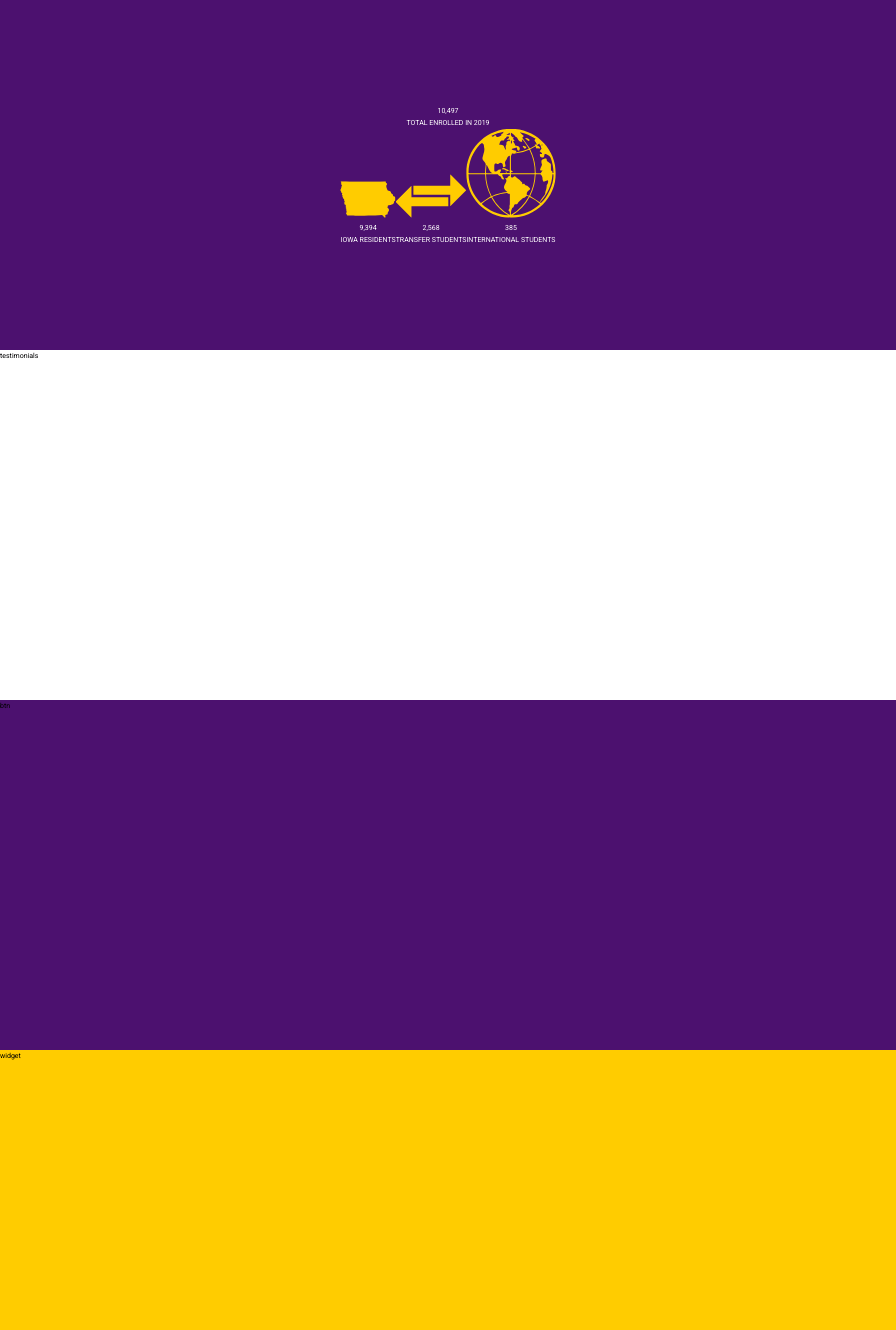
Repository: trietngo/nisg
Page: index.html
An editor plug-in stored every save of this project. The page is shown before and after the next save, followed by the edit.
The browser window is 1280 px wide. The pictures show the part of the page from y = 720 to 2620 px (the page is 3020 px tall), at 70% of full size.
Some web fonts or font styles are not loaded; a fallback is used. The style sheet was rebuilt from its Sass, Less or Tailwind sources for each picture, by a compiler version that may differ from the author's.

Above is the page before, as saved 2020-08-26 11:37:05.

### index.html
<!DOCTYPE html>
<html lang="en">
    <head>
        <meta charset="UTF-8">
        <meta name="viewport" content="width=device-width, initial-scale=1.0">

        <link href="https://fonts.googleapis.com/css2?family=Roboto:wght@100;300;400;500;700;900&display=swap" rel="stylesheet">
        <link href="https://fonts.googleapis.com/css2?family=Sedgwick+Ave&display=swap" rel="stylesheet">
        <link href="https://fonts.googleapis.com/css2?family=Sriracha&display=swap" rel="stylesheet">

        <link rel="stylesheet" href="css/style.css">

        <title>Proposed NISG Website</title>
    </head>

    <body>

        <header class="header">
            <div class="header__upper">
                <div class="header__container--left">
                    <img class="header__logo" src="img/New NISG Logo - White-01.png" alt="NISG Logo">
                    <div class="header__title">Northern Iowa Student Government</div>
                </div>

                <div class="header__container--right">
                    <a href="https://uni.edu" class="header__external">VISIT UNI WEBSITE</a>

                    <input type="text" name="" class="header__searchbar" id="" placeholder="Search NISG">
                    <ul class="header__nav">
                        <li><a class="header__link" href="#">News</a></li>
                        <li><a class="header__link" href="#">Resources</a></li>
                        <li><a class="header__link" href="#">Services</a></li>
                        <li><a class="header__link" href="#">Applications</a></li>
                        <li><a class="header__link" href="#">Student Organizations</a></li>
                        <li><a class="header__link" href="#">About</a></li>
                        <li><a class="header__link btn header__contact" href="#">Contact Us</a></li>
                    </ul>
                </div>
            </div>

            <div class="header__lower">

                <video class="header__video" autoplay muted loop>
                    <source src="img/Website.mp4" type="video/mp4">
                </video>

                <div class="header__overlay">
                    <p class="header__overlay--title">BY UNI STUDENTS.<br>FOR UNI STUDENTS.</p>
                    <p class="header__overlay--subtitle">Serving UNI students is NISG's top priority.</p>
                    <a href="#" class="header__overlay--about btn">About NISG</a>
                </div>

            </div>

        </header>

        <main>

            <section id="enroll">
                <div class="enrollment">
                    <div class="enrollment__total">
                        <div class="enrollment__total--title">
                            10,497
                        </div>

                        <div class="enrollment__total--subtitle">TOTAL ENROLLED IN 2019</div>

                    </div>

                    <div class="enrollment__breakdown">
                        <div class="enrollment__category">
                            <img class="enrollment__category--icon" src="img/iowa-icon.svg" alt="Iowa icon">
                            <p class="enrollment__category--title">9,394</p>
                            <p class="enrollment__category--subtitle">IOWA RESIDENTS</p>
                        </div>
                        <div class="enrollment__category">
                            <img class="enrollment__category--icon" src="img/transfer-icon.svg" alt="Transfer icon">
                            <p class="enrollment__category--title">2,568</p>
                            <p class="enrollment__category--subtitle">TRANSFER STUDENTS</p>
                        </div>
                        <div class="enrollment__category">
                            <img class="enrollment__category--icon" src="img/globe-icon.svg" alt="Globe icon">
                            <p class="enrollment__category--title">385</p>
                            <p class="enrollment__category--subtitle">INTERNATIONAL STUDENTS</p>
                        </div>
                    </div>
                </div>
            </section>

            <section id="quotes">
                <div class="testimonials">
                    testimonials
                </div>
            </section>

            <section id="services">
                <div class="selection">
                    btn
                </div>
            </section>

            <section id="news">
                <div class="widget">
                    widget
                </div>
            </section>

        </main>

        <footer class="footer">
            footer
        </footer>

    </body>
</html>

### sass/main.scss
@import "abstract/variables";

@import "base/base";
@import "base/typography";

@import "components/button";

@import "layout/enrollment";
@import "layout/footer";
@import "layout/header";
@import "layout/news";
@import "layout/services";
@import "layout/testimonials";

### sass/abstract/_variables.scss
// COLORS

$color-primary: #4c116f;
$color-secondary: #ffcc00;
$color-tertiary: #ffffff;

### sass/base/_typography.scss
body {
    font-family: 'Roboto', sans-serif;
    font-weight: 400;
    line-height: 1.7;
}

.header__searchbar {
    font-family: 'Roboto', sans-serif;
    font-weight: 400;
    font-size: 1.5rem;
}

.header__overlay {

    &--title {
        font-family: 'Roboto', sans-serif;
        font-weight: 700;
        font-size: 6rem;
        line-height: 1.2;
    }

    &--subtitle {
        font-size: 1.75rem;
    }

    &--about {
        font-size: 2.5rem;
        font-weight: 700;
    }
}

### sass/components/_button.scss
.btn {
    color: $color-secondary !important;
    border: .2rem solid $color-secondary;
    border-radius: 1.5rem;
    padding: 1rem 2rem !important;
    transition: all .3s;
    text-decoration: none;

    &:hover {
        color: $color-primary !important;
        border-color: none;
        background-color: $color-secondary;
        transition: all .3s;
    }
}

### sass/layout/_enrollment.scss
.enrollment {
    background-color: $color-primary;
    height: 50rem;
    display: flex;
    flex-direction: column;
    align-items: center;
    justify-content: center;
    color: $color-tertiary;
    z-index: 5;

    &__total {
        text-align: center;
    }

    &__breakdown {
        display: flex;
        flex-wrap: wrap;
        align-items: flex-end;
    }

    &__category {

        &--icon {

        }

        &--title {
            text-align: center;
        }

        &--subtitle {
            text-align: center;
        }
    }
}

### sass/layout/_footer.scss
.footer {
    height: 30rem;
    background-color: $color-tertiary;
}

### sass/layout/_header.scss
.header {

    display: flex;
    flex-direction: column;
    height: 100vh;

    &__container--left {
        flex: 1;
        padding: 3rem 7rem;
    }

    &__container--right {
        flex: 3;
        display: flex;
        flex-direction: column;
        align-items: flex-end;
        justify-content: space-between;
        padding-bottom: 3rem;
    }

    &__upper {
        background-color: $color-primary;
        flex: 0 1 22.5rem;
        display: flex;
        flex-wrap: wrap;
    }

    &__logo {
        height: 15rem;
    }

    &__title {
        font-size: 2rem;
        font-weight: 700;
        color: $color-tertiary;
        white-space: nowrap;
    }

    &__lower {
        background-color: $color-primary;
        flex: 1 0 35rem;
        position: relative;
    }

    &__link {
        text-decoration: none;
        font-size: 2rem;
        font-weight: 700;
        color: $color-tertiary;
        padding: 0 3.5rem;
        transition: all .3s;
        white-space: nowrap;

        &:hover {
            color: $color-secondary;
            transition: all .3s;
        }
    }

    &__nav {
        list-style-type: none;
        display: flex;
        padding-right: 6rem;
        align-content: center;
        flex-wrap: wrap;
    }


    &__external {
        display: inline;
        background-color: $color-secondary;
        padding: 2rem 5rem;
        clip-path: polygon(0 0, 100% 0, 100% 100%, 15% 100%);
        text-decoration: none;
        font-size: 2rem;
        font-weight: 700;
    }

    &__video {
        width: 100%;
        height: 100%;
        object-fit: cover;
        opacity: 0.5;
        overflow: hidden;
        position: absolute;
    }

    &__searchbar {
        border: none;
        padding: 1rem;
        padding-right: 2rem;
        padding-left: 6rem;
        text-align: right;
        border-radius: 2rem;
        margin-right: 6rem;

        &:focus {
            outline: none;
        }
    }

    &__contact {
        margin-left: 2.5rem;
    }

    //OVERLAY

    &__overlay {
        height: 100%;
        width: 100%;
        position: absolute;
        display: flex;
        flex-direction: column;
        align-items: center;
        justify-content: center;
        color: $color-secondary;

        &--title {
            margin: 2rem;
            text-align: center;
        }

        &--about {
            display: inline-block;
            margin: 4rem;
        }
    }
}

### sass/layout/_news.scss
.widget {
    height: 50rem;
    background-color: $color-secondary;
}

### sass/layout/_services.scss
.selection {
    height: 50rem;
    background-color: $color-primary;
}

### sass/layout/_testimonials.scss
.testimonials {
    height: 50rem;
    background-color: $color-tertiary;
}

Loaded but not shown: sass/base/_base.scss (common file)

After the next save:
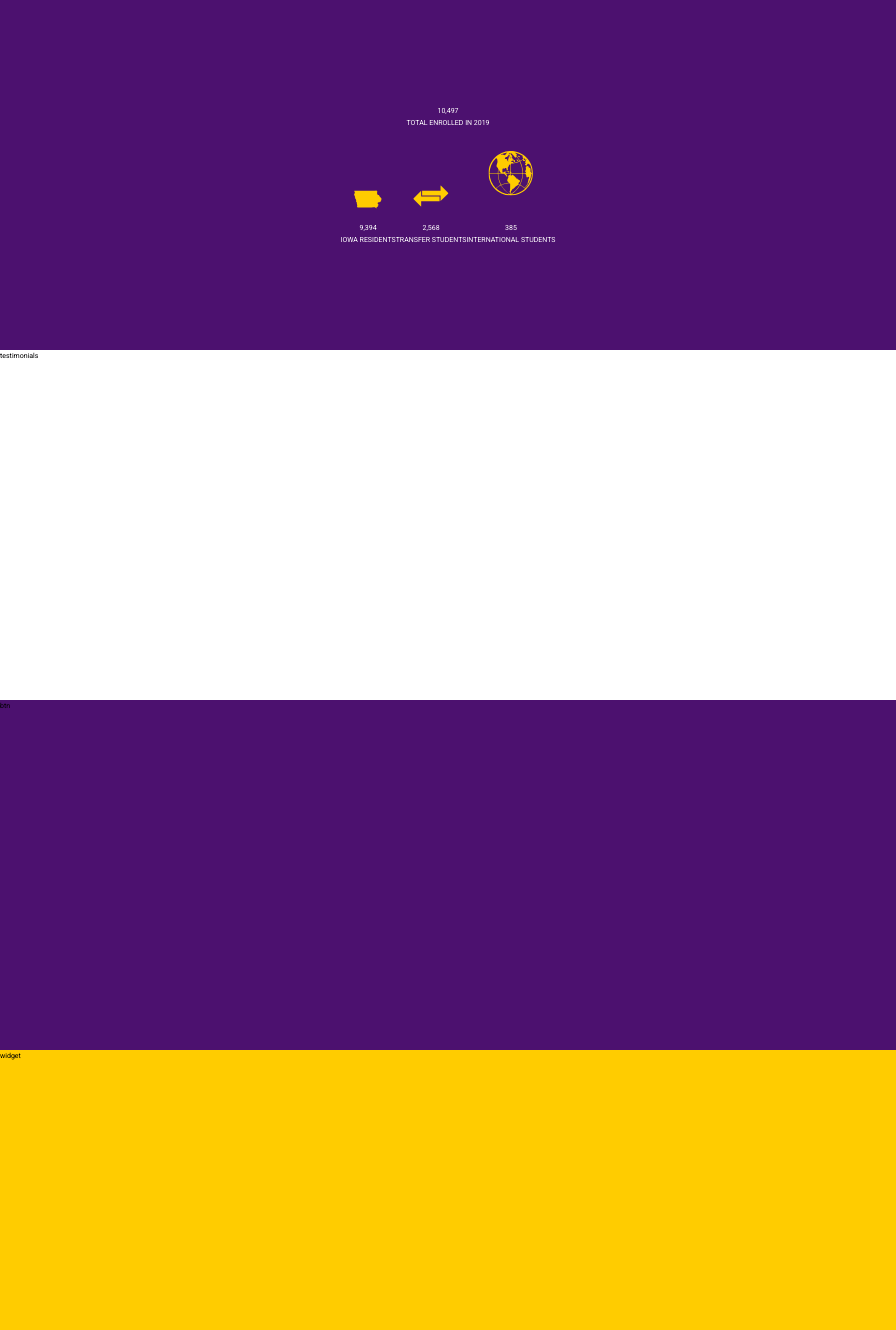
Saved 15 s later.
--- a/sass/layout/_enrollment.scss
+++ b/sass/layout/_enrollment.scss
@@ -21,7 +21,7 @@
     &__category {
 
         &--icon {
-
+            scale: 0.5;
         }
 
         &--title {

After the save that followed:
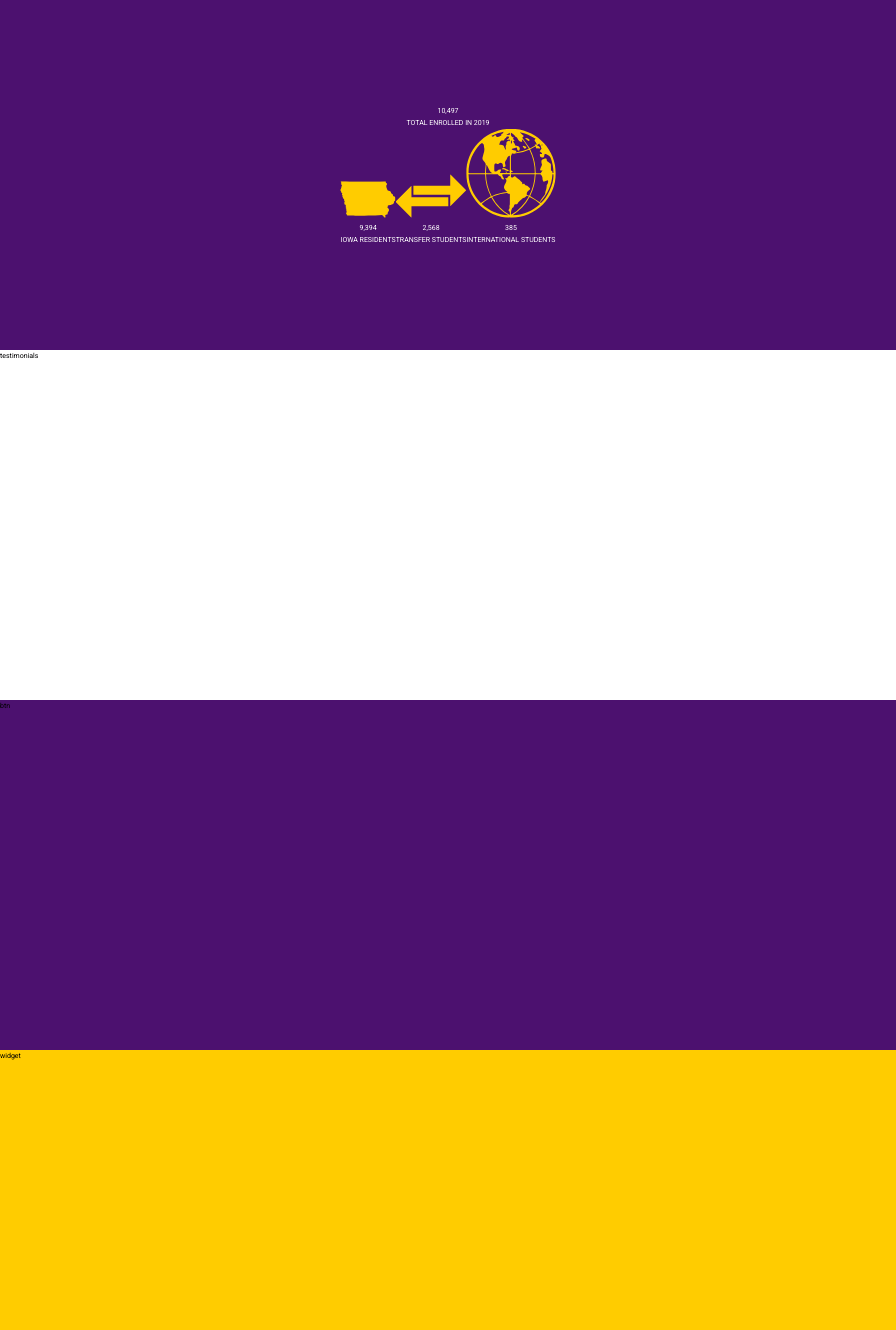
Saved 4 s later.
--- a/sass/layout/_enrollment.scss
+++ b/sass/layout/_enrollment.scss
@@ -21,7 +21,7 @@
     &__category {
 
         &--icon {
-            scale: 0.5;
+
         }
 
         &--title {
